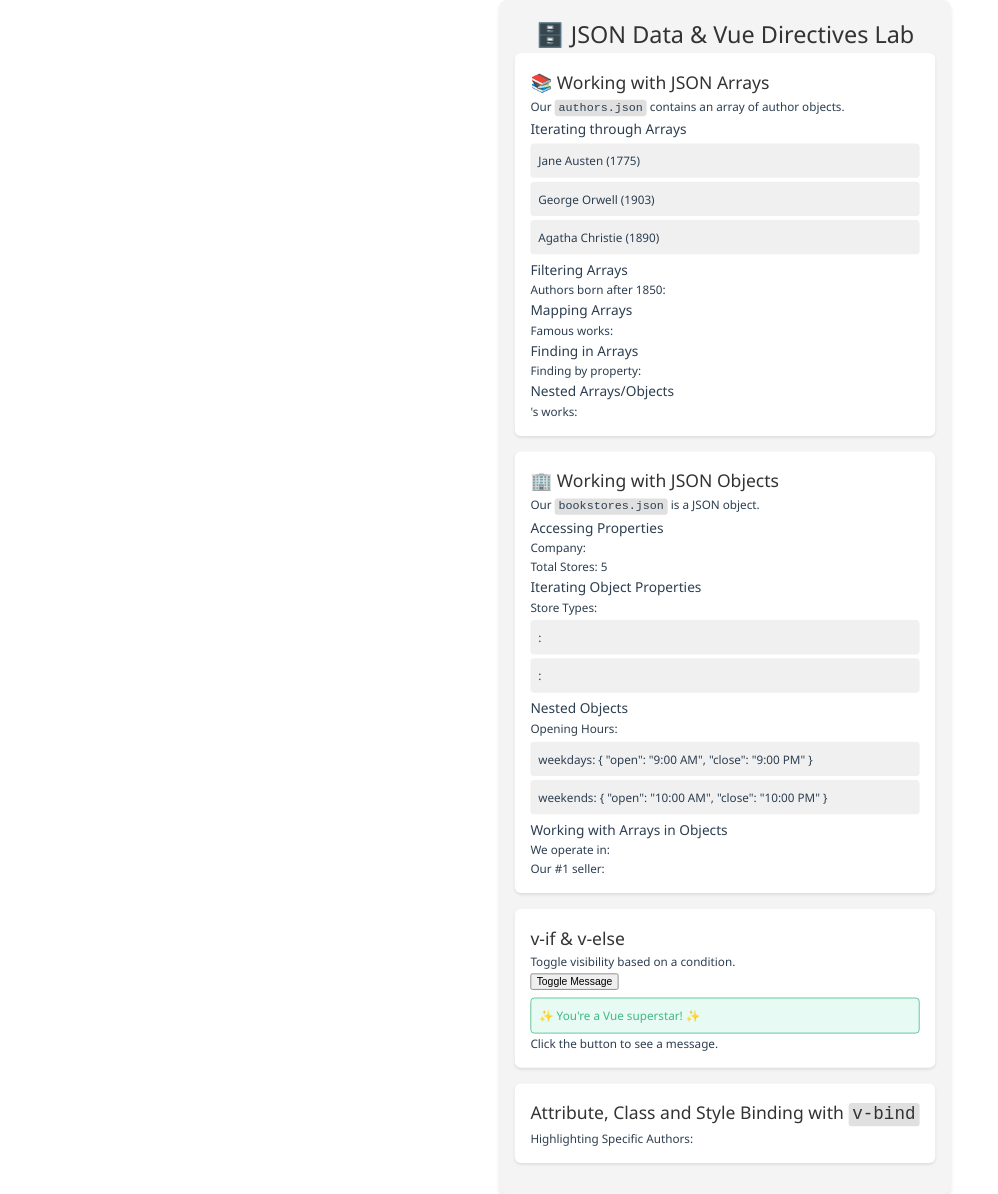
Repository: Andrew-JX/mji-library
Page: /
An editor plug-in stored every save of this project. The page is shown before and after the next save, followed by the edit.
The browser window is 1280 px wide. The pictures show the whole page, at 78% of full size.
The project was rebuilt for these pictures with package versions that can differ from the ones it lists, and the page was loaded fresh each time. Also part of the build but not shown: vite.config.js.

Above is the page before, as saved 2025-08-06 14:11:38.

After the next save:
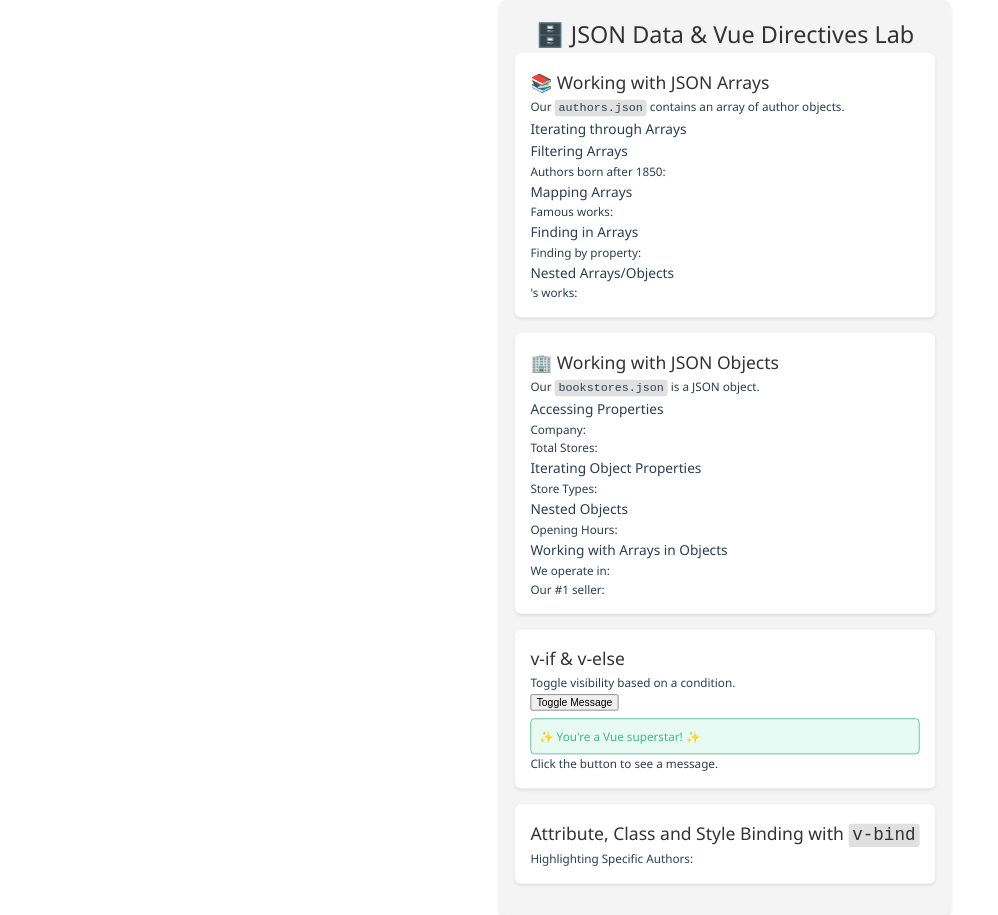
Saved 19 min 13 s later.
--- a/src/components/JSON.vue
+++ b/src/components/JSON.vue
@@ -1,3 +1,4 @@
+<!-- JSONLab.vue -->
 <template>
   <div class="json-lab">
     <h1>🗄️ JSON Data & Vue Directives Lab</h1>
@@ -9,28 +10,17 @@
       <h3>Iterating through Arrays</h3>
       <!-- Activity 6: Render a list containing author names and their birth years. Hint: Make use of the v-for directive to iterate through the array of authors. -->
       <!-- TODO: CODE TO RENDER LIST OF AUTHORS HERE -->
-      <ul>
-        <li v-for="author in authors" :key="author.id">
-          {{ author.name }} ({{ author.birthYear }})
-        </li>
-      </ul>
+
       <h3>Filtering Arrays</h3>
       <!-- Activity 7: Render a list containing authors born after 1850. Hint: Make use of the v-for directive to iterate through the array of authors that you have filtered out. -->
       <p>Authors born after 1850:</p>
       <!-- TODO: CODE TO RENDER LIST OF AUTHORS HERE -->
-      <ul>
-        <li v-for="author in modernAuthors" :key="author.id">
-          {{ author.name }} ({{ author.birthYear }})
-        </li>
-      </ul>
+
       <h3>Mapping Arrays</h3>
       <p>Famous works:</p>
       <ul>
         <!-- Activity 8: Render a list of all famous works. Hint: Use the v-for directive to iterate through the array of authors that you have filtered out. -->
         <!-- TODO: CODE TO RENDER LIST OF FAMOUS WORKS HERE -->
-        <li v-for="work in allFamousWorks" :key="work">
-          {{ work }}
-        </li>
       </ul>
 
       <h3>Finding in Arrays</h3>
@@ -40,11 +30,6 @@
       <p>{{ austen?.name }}'s works:</p>
       <!-- Activity 9: Render a list of Austen's works. Hint: Use the v-for directive to iterate through the array of authors that you have filtered out. -->
       <!-- TODO: CODE TO RENDER LIST OF AUSTEN'S WORKS HERE -->
-      <ul v-if="austen">
-        <li v-for="(work, idx) in austen.famousWorks" :key="idx">
-          {{ work.title }}
-        </li>
-      </ul>
     </section>
 
     <section class="lab-section">
@@ -55,7 +40,6 @@
       <p>
         Company:
         <!-- Activity 9a: Get the company name from the bookstores object. -->
-        {{ bookstores.company }}
         <!-- TODO: CODE TO GET COMPANY NAME HERE -->
       </p>
 
@@ -63,28 +47,17 @@
         Total Stores:
         <!-- Activity 9b: Get the total number of stores from the bookstores object. -->
         <!-- TODO: CODE TO GET TOTAL STORES HERE -->
-        {{ bookstores.totalStores }}
       </p>
 
       <h3>Iterating Object Properties</h3>
       <p>Store Types:</p>
       <!-- Activity 10: Iterate through the storeTypes array and display the store type and the number of stores that use that type. -->
       <!-- TODO: CODE TO RENDER LIST OF STORE TYPES HERE -->
-      <ul>
-        <li v-for="(store, idx) in bookstores.storeTypes" :key="idx">
-          {{ store.type }}: {{ store.count }}
-        </li>
-      </ul>
 
       <h3>Nested Objects</h3>
       <p>Opening Hours:</p>
       <!-- Activity 11: Iterate through the openingHours object and display the day of the week and the opening and closing times. -->
       <!-- TODO: CODE TO RENDER LIST OF OPENING HOURS HERE -->
-      <ul>
-        <li v-for="(hours, day) in bookstores.openingHours" :key="day">
-          {{ day }}: {{ hours }}
-        </li>
-      </ul>
 
       <h3>Working with Arrays in Objects</h3>
       <!-- Activity 12: Get the top sellers from the bookstores object. -->
@@ -113,8 +86,6 @@
 
 <script setup>
 import { ref, computed } from "vue"
-import authors from "../data/authors.json"
-import bookstores from "../data/bookstores.json"
 
 // Activity 1: Import JSON files (authors.json and bookstores.json)
 // TODO: CODE TO IMPORT JSON FILES HERE
